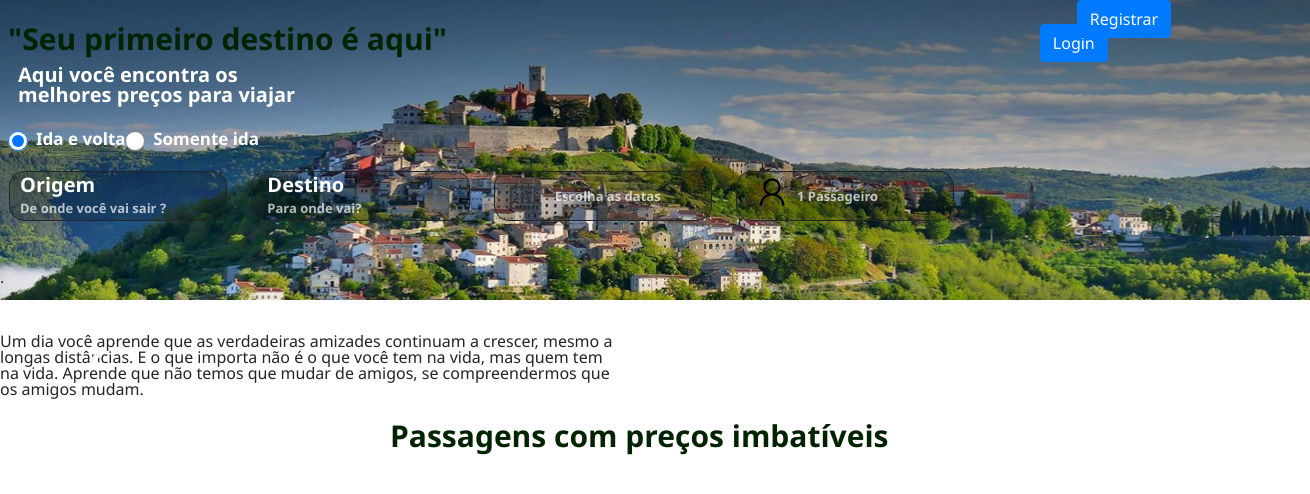
Repository: VictorFlay/Aplicacao-WEB
Page: http://localhost/ProjetoWeb/
These files come from the project's save history. The page is drawn as it stood at one moment and after the next save; the edit follows.
The browser window is 1280 px wide. The page is 1295 px wide, then 1310 px, so the pictures cover 1310 px, including what lies to the right of the window. The pictures show the whole page.
Some web libraries are served in a nearby version. The page is served by Tomcat 9. Other server files are loaded and not shown. Queries for data that is not in the repository find no rows.

Above is the page before, as saved 2021-07-11 20:55:15.

### ProjetoWeb/WebContent/index.jsp
<%@page import="model.Passagem" %>
<html lang="pt">
<head>
	<%@ page contentType="text/html; charset=UTF-8" %>
 <meta http-equiv="Content-Type" content="text/html; charset=UTF-8" />
    <script
  src="https://code.jquery.com/jquery-3.6.0.js"
  integrity="sha256-H+K7U5CnXl1h5ywQfKtSj8PCmoN9aaq30gDh27Xc0jk="
  crossorigin="anonymous"></script>
    <meta charset="UTF-8">
    <meta http-equiv="X-UA-Compatible" content="IE=edge">
    <meta name="viewport" content="width=device-width, initial-scale=1.0">
    <link rel="stylesheet" type="text/css" href="css/design.css">
    <script src="https://code.jquery.com/jquery-3.2.1.slim.min.js" integrity="sha384-KJ3o2DKtIkvYIK3UENzmM7KCkRr/rE9/Qpg6aAZGJwFDMVNA/GpGFF93hXpG5KkN" crossorigin="anonymous"></script>

    <!-- Bootstrap CSS -->
    <link rel="stylesheet" href="https://maxcdn.bootstrapcdn.com/bootstrap/4.0.0/css/bootstrap.min.css" integrity="sha384-Gn5384xqQ1aoWXA+058RXPxPg6fy4IWvTNh0E263XmFcJlSAwiGgFAW/dAiS6JXm" crossorigin="anonymous">

    <title>Document</title>
    <%
    	String carousel = new Passagem().CarouselPromocao();
    	String carouselcards = new Passagem().CarouselCards();
    %>
</head>
<body>


	<link rel="stylesheet" type="text/css" href="css/design.css">
 	<script src="https://code.jquery.com/jquery-3.3.1.min.js" integrity="sha256-FgpCb/KJQlLNfOu91ta32o/NMZxltwRo8QtmkMRdAu8=" crossorigin="anonymous"></script>
    <script src="https://cdnjs.cloudflare.com/ajax/libs/popper.js/1.12.9/umd/popper.min.js" integrity="sha384-ApNbgh9B+Y1QKtv3Rn7W3mgPxhU9K/ScQsAP7hUibX39j7fakFPskvXusvfa0b4Q" crossorigin="anonymous"></script>
    <script src="https://maxcdn.bootstrapcdn.com/bootstrap/4.0.0/js/bootstrap.min.js" integrity="sha384-JZR6Spejh4U02d8jOt6vLEHfe/JQGiRRSQQxSfFWpi1MquVdAyjUar5+76PVCmYl" crossorigin="anonymous"></script>
    <meta name="viewport" content="width=device-width, initial-scale=1, shrink-to-fit=no">


    <div class="container-fluid px-0">


        <img src="img/menu.jpg" class="img-responsive" alt="Responsive image" id="imagem">


    <div class="row justify-content-between">


        <div class="col-12 col-lg-3 mt-4 ml-2" id="mensagem">
            "Seu primeiro destino é aqui"
        </div>

  <div class="row mr-5">
    <div class="col-4 col-lg-2 mt-4">
      			<button type="button" class="btn btn-primary" data-toggle="modal" data-target="#exampleModal" data-whatever="@mdo">Login</button>

				<div class="modal fade" id="exampleModal" tabindex="-1" role="dialog" aria-labelledby="exampleModalLabel" aria-hidden="true">
				  <div class="modal-dialog" role="document">
				    <div class="modal-content">
				      <div class="modal-header">
				        <h5 class="modal-title" id="exampleModalLabel">Login</h5>
				        <button type="button" class="close" data-dismiss="modal" aria-label="Close">
				          <span aria-hidden="true">&times;</span>
				        </button>
				      </div>
				      <div class="modal-body">
				        <form method="POST" id="login-form">
				          <div class="form-group">
				            <label for="login" class="col-form-label">Login:</label>
				            <input type="text" class="form-control" id="login" name="login">
				          </div>

				          <div class="form-group">

							<label for="senha" class="col-form-label">Senha:</label>
				            <input type="password" class="form-control" id="senha" name="senha">

				          </div>




				      <div class="modal-footer">
				        <button type="button" class="btn btn-secondary" data-dismiss="modal">Close</button>
				        <button type="submit" class="btn btn-primary">Send message</button>
				      </div>
				      </form>
				      </div>
				    </div>
				  </div>
				</div>



    </div>
    <div class="col-4 col-lg-2 ">
      			<button type="button" class="btn btn-primary" data-toggle="modal" data-target="#exampleModal" data-whatever="@mdo">Registrar</button>

				<div class="modal fade" id="exampleModal" tabindex="-1" role="dialog" aria-labelledby="exampleModalLabel" aria-hidden="true">
				  <div class="modal-dialog" role="document">
				    <div class="modal-content">
				      <div class="modal-header">
				        <h5 class="modal-title" id="exampleModalLabel">Registrar</h5>
				        <button type="button" class="close" data-dismiss="modal" aria-label="Close">
				          <span aria-hidden="true">&times;</span>
				        </button>
				      </div>
				      <div class="modal-body">
				        <form method="POST" id="login-form">
				          <div class="form-group">
				            <label for="login" class="col-form-label">Login:</label>
				            <input type="text" class="form-control" id="login" name="login">
				          </div>

				          <div class="form-group">

							<label for="senha" class="col-form-label">Senha:</label>
				            <input type="password" class="form-control" id="senha" name="senha">

				          </div>




				      <div class="modal-footer">
				        <button type="button" class="btn btn-secondary" data-dismiss="modal">Close</button>
				        <button type="submit" class="btn btn-primary">Send message</button>
				      </div>
				      </form>
				      </div>
				    </div>
				  </div>
				</div>
    </div>
  </div>




    </div>

    <div class="row">
        <div class="col-12 col-lg-3 ml-2" id="mensagem2">
            Aqui você encontra os melhores preços para viajar
        </div>
    </div>

    <div class="row">
        <div class="col-2 col-lg-1 mt-4 ml-2">
            <div class="form-check" >
                <input class="form-check-input" type="radio" name="exampleRadios" id="radio1" value="option1" checked>
                <label class="form-check-label jss29 ml-2 mt-1" for="exampleRadios1">
                    Ida e volta
                </label>
            </div>
        </div>

        <div class="col-2 col-lg-1 mt-4 ml-2">
            <div class="form-check">
                <input class="form-check-input" type="radio" name="exampleRadios" id="radio1" value="option1">
                <label class="form-check-label jss29 ml-2 mt-1" for="exampleRadios1">
                    Somente ida
                </label>
            </div>
        </div>
    </div>

    <div class="row">
        <div class="col-5 col-lg-2 mt-4 ml-4" id="origem">
            <div class="jss1"><p>Origem</p></div>
            <div class="jss2">De onde você vai sair ?</div>
        </div>

        <div class="col-5 col-lg-2 mt-4 ml-4" id="destino">
            <div class="jss3">Destino</div>
            <div class="jss4">Para onde vai?</div>
        </div>

        <div class="col-5 col-lg-2 mt-4 ml-4" id="calendario">
            <img src="img/calendario.jpg" width="25px" height="25px" id="iconecalendario">
            <div class="jss5">Escolha as datas</div>
        </div>

        <div class="col-5 col-lg-2 mt-4 ml-4" id="passageiro">
            <div id="perfil">
                <img src="img/perfil.png" width="40px" height="40px" >
            </div>
            <div class="jss6">1 Passageiro</div>
        </div>




      </div>

	<div class="row mt-5">
		 <div class="col-sm-6 col-lg-2">
		.
        </div>
	</div>


      <div class="row mt-5">
        <div class="col-6 col-lg-6 ">
            Um dia você aprende que as verdadeiras amizades continuam a crescer, mesmo a longas distâncias. E o que importa não é o que você tem na vida, mas quem tem na vida. Aprende que não temos que mudar de amigos, se compreendermos que os amigos mudam.
         </div>
         <div class="col-6 col-lg-5">
			<% out.print(carousel); %>
         </div>
        <div class="col-12 col-lg-12 ">
            <div class="mx-auto msg mt-4" style="width: 500px;">
  				Passagens com preços imbatíveis
			</div>
         </div>
		</div>



		<div class="row mt-4">
			<div class="col-sm-12">

				<% out.print(carouselcards); %>

			</div>
		</div>


      </div>








    <script type="text/javascript">





        $(document).ready(function(){
            $('.primeirabarra').click(function(){
                $('.origem').css({'visibility': 'visible'});
            });

        });

        $('.quartabarra').click(function(){
            $('.barrapassageiroescondido').css({'visibility': 'visible'});
        });



        var countadulto = 0;

        $('.jss22').click(function(){
            if(countadulto >= 0 && countadulto < 9){
                countadulto++;
                $('.jss23').val(countadulto);
                var i = countadulto;
                if(i > 0){
                    $('.jss153').attr("src", "img/diminuir.png");
                }
                if(i == 9){
                    $('.jss154').attr("src", "img/aumentardesativado.png");
                    $('.jss22').css({'cursor': 'default'});
                }
                aplicar($('.jss23').val(), $('.jss28').val());
            }
        });


        $('.jss21').click(function(){
            if(countadulto > 0 && countadulto <= 9){
                countadulto--;
                $('.jss23').val(countadulto);
                $('.jss154').attr("src", "img/aumentar.png");
                if(countadulto == 0){
                    $('.jss153').attr("src", "img/diminuirdesativado.png");
                }
                aplicar($('.jss23').val(), $('.jss28').val());
            }
        });





        var countcrianca = 0;

    $('.jss26').click(function(){
        if(countcrianca >= 0 && countcrianca < 9){
            countcrianca++;
            $('.jss28').val(countcrianca);
            var i = countcrianca;
            if(i > 0){
                $('.jss155').attr("src", "img/diminuir.png");
            }
            if(i == 9){
                $('.jss156').attr("src", "img/aumentardesativado.png");
                $('.jss26').css({'cursor': 'default'});
            }
            aplicar($('.jss23').val(), $('.jss28').val());
        }
    });

    $('.jss25').click(function(){
        if(countcrianca > 0 && countcrianca <= 9){
            countcrianca--;
            $('.jss28').val(countcrianca);
            $('.jss156').attr("src", "img/aumentar.png");
            if(countcrianca == 0){
                $('.jss155').attr("src", "img/diminuirdesativado.png");
            }
            aplicar($('.jss23').val(), $('.jss28').val());
        }
    });



    function aplicar(adulto, crianca){
            if(adulto > 0 || crianca > 0){
                $('.jss20').css({'color': 'black', 'cursor': 'pointer'});
            }
            if(adulto == 0 && crianca == 0){
                $('.jss20').css({'color': 'grey', 'cursor': 'default'});
            }

        }






        $('.jss152').click(function(){
            $('.jss16').css({'background-color': 'white'});
            $('.jss17').css({'background-color': 'cornflowerblue'});
            $('.jss17').prop('checked', true);
        });

        $('.jss151').click(function(){
            $('.jss18').prop('disabled', true);
            $('.jss16').css({'background-color': 'cornflowerblue'});
            $('.jss17').css({'background-color': 'white'});
            $('.jss16').prop('checked', true);
        });







            $('#aumentar').click(function(){
                count++;
                $('.jss69').val(count);
            });

            $('#diminuir').click(function(){
                count--;
                $('#testar').text(count);
            });


            $('.jss20').prop("readonly", true);


			$( '#login-form' ).submit(function(event){

				event.preventDefault();
				var data ={
						login: $('#login').val(),
						senha: $('#senha').val(),
				}

				$.ajax({
					url: "${pageContext.request.contextPath}/Auth",
					type: "post",
					dataType: "json",
					data: data,
					success: function(data, textStatus, jqXHR){
						if(data.status){
							window.location.href = 'teste1.jsp';
						}else{
							alert(data.mensagem);
						}

					}
				})



			});



    </script>









</body>
</html>

### ProjetoWeb/src/database/DBConnection.java
package database;


import java.lang.reflect.InvocationTargetException;
import java.sql.Connection;
import java.sql.DriverManager;
import java.sql.SQLException;

public class DBConnection {

	private String host;
	private String port;
	private String schema;
	private String user;
	private String password;

	private Connection connection = null;

	public DBConnection(String host, String port, String schema, String user, String password) {
		this.setHost(host);
		this.setPort(port);
		this.setSchema(schema);
		this.setUser(user);
		this.setPassword(password);
		this.doConnection();
	}

	public DBConnection() {
		this.setHost	("localhost");
		this.setPort	("3306");
		this.setSchema	("agencia");
		this.setUser	("root");
		this.setPassword("");
		this.doConnection();
	}

	private void doConnection() {
		String timezone = "&useTimezone=true&serverTimezone=UTC";// use o &useTimezone=true&serverTimezone=UTC para não ter problemas de data;
		String url = "jdbc:mysql://"+this.host+":"+port+"/"+this.schema+"?user="+this.user+"&password="+this.password+timezone;
		try {
			// Class.forName("com.mysql.jdbc.Driver").newInstance();
			// A linha acima foi depreciada após o mysql 8.0
			// A partir do mysql-connector-java-8.0.17.jar utilize as duas linhas abaixo
			Class.forName("com.mysql.cj.jdbc.Driver").getConstructor().newInstance();
			DriverManager.registerDriver(new com.mysql.cj.jdbc.Driver());
			this.connection = DriverManager.getConnection(url);
		} catch (InstantiationException e){
			e.printStackTrace();
		} catch (IllegalAccessException e){
			e.printStackTrace();
		} catch (ClassNotFoundException e) {
			e.printStackTrace();
		} catch (SQLException e) {
			e.printStackTrace();
		}catch (IllegalArgumentException e) {
			e.printStackTrace();
		} catch (InvocationTargetException e) {
			e.printStackTrace();
		} catch (NoSuchMethodException e) {
			e.printStackTrace();
		} catch (SecurityException e) {
			e.printStackTrace();
		}
	}

	public String getHost() {
		return host;
	}

	public void setHost(String host) {
		this.host = ( host.isEmpty() ? "localhost" : host ) ;
	}

	public String getPort() {
		return port;
	}

	public void setPort(String port) {
		this.port = ( port.isEmpty() ? "3306" : port ) ;
	}

	public String getSchema() {
		return schema;
	}

	public void setSchema(String schema) {
		this.schema = schema;
	}

	public String getUser() {
		return user;
	}

	public void setUser(String user) {
		this.user = user;
	}

	public String getPassword() {
		return password;
	}

	public void setPassword(String password) {
		this.password = password;
	}

	public Connection getConnection() {
		return (this.connection);
	}

}

Loaded but not shown: ProjetoWeb/WebContent/css/design.css (780 lines, source omitted); ProjetoWeb/src/model/Passagem.java (306 lines, source omitted)

After the next save:
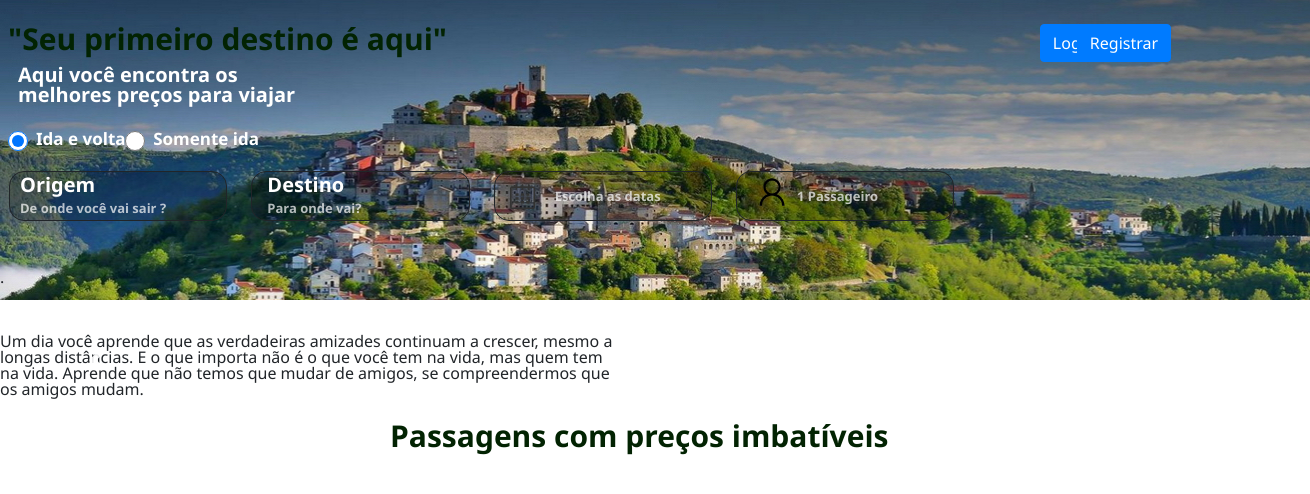
Saved 23 s later.
--- a/ProjetoWeb/WebContent/index.jsp
+++ b/ProjetoWeb/WebContent/index.jsp
@@ -88,7 +88,7 @@
 
 
     </div>
-    <div class="col-4 col-lg-2 ">
+    <div class="col-4 col-lg-2 mt-4">
       			<button type="button" class="btn btn-primary" data-toggle="modal" data-target="#exampleModal" data-whatever="@mdo">Registrar</button>
 
 				<div class="modal fade" id="exampleModal" tabindex="-1" role="dialog" aria-labelledby="exampleModalLabel" aria-hidden="true">

After the 3 saves that followed:
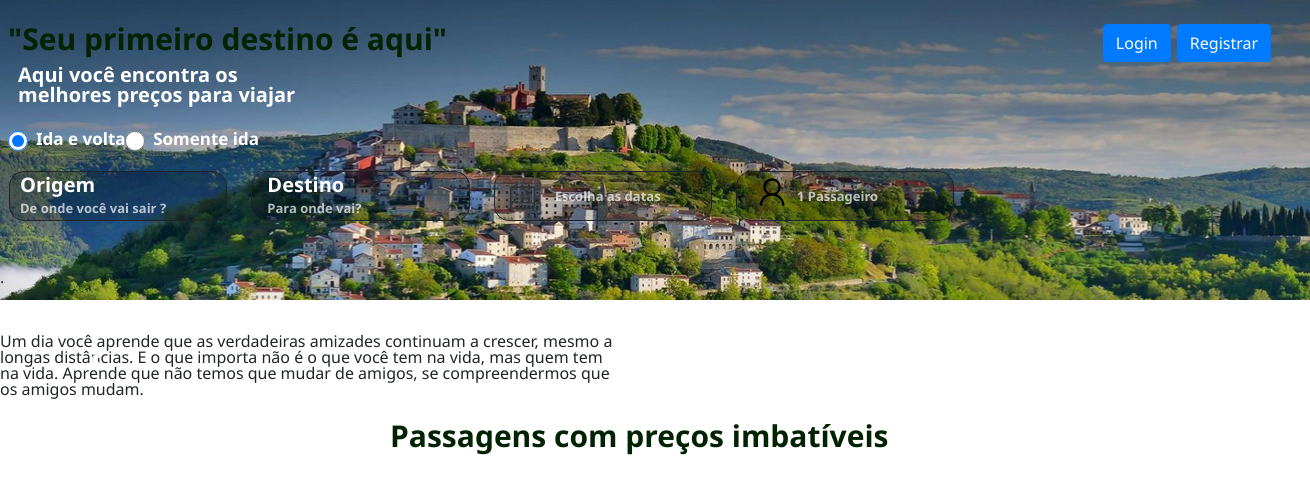
The 3 saves are shown as one change because 1 left the picture as it was and some came seconds apart.
The last was saved 67 s later.
--- a/ProjetoWeb/WebContent/index.jsp
+++ b/ProjetoWeb/WebContent/index.jsp
@@ -45,8 +45,8 @@
             "Seu primeiro destino é aqui"
         </div>
 
-  <div class="row mr-5">
-    <div class="col-4 col-lg-2 mt-4">
+  <div class="row">
+    <div class="col-4 col-lg-4 mt-4">
       			<button type="button" class="btn btn-primary" data-toggle="modal" data-target="#exampleModal" data-whatever="@mdo">Login</button>
 
 				<div class="modal fade" id="exampleModal" tabindex="-1" role="dialog" aria-labelledby="exampleModalLabel" aria-hidden="true">
@@ -88,7 +88,7 @@
 
 
     </div>
-    <div class="col-4 col-lg-2 mt-4">
+    <div class="col-4 col-lg-4 mt-4">
       			<button type="button" class="btn btn-primary" data-toggle="modal" data-target="#exampleModal" data-whatever="@mdo">Registrar</button>
 
 				<div class="modal fade" id="exampleModal" tabindex="-1" role="dialog" aria-labelledby="exampleModalLabel" aria-hidden="true">
